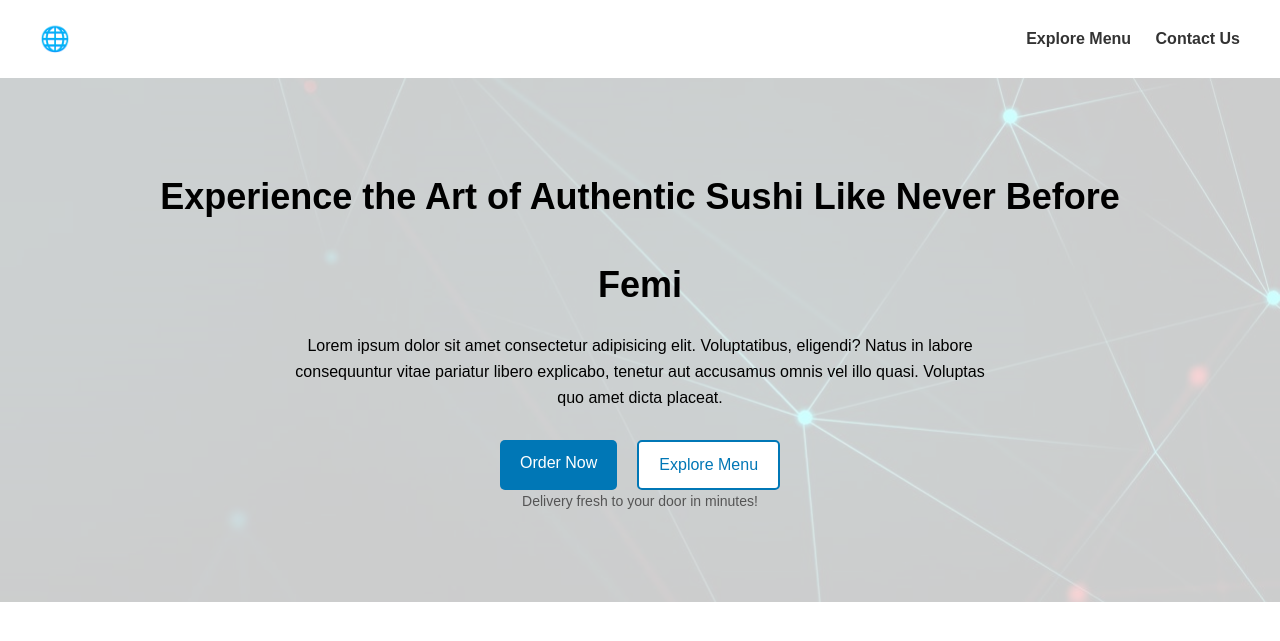
Repository: Femi007-gh/experience
Page: index.html
An editor plug-in stored every save of this project. The page is shown before and after the next save, followed by the edit.
The browser window is 1280 px wide. The pictures show the whole page.

Above is the page before, as saved 2025-01-17 10:36:35.

After the next save:
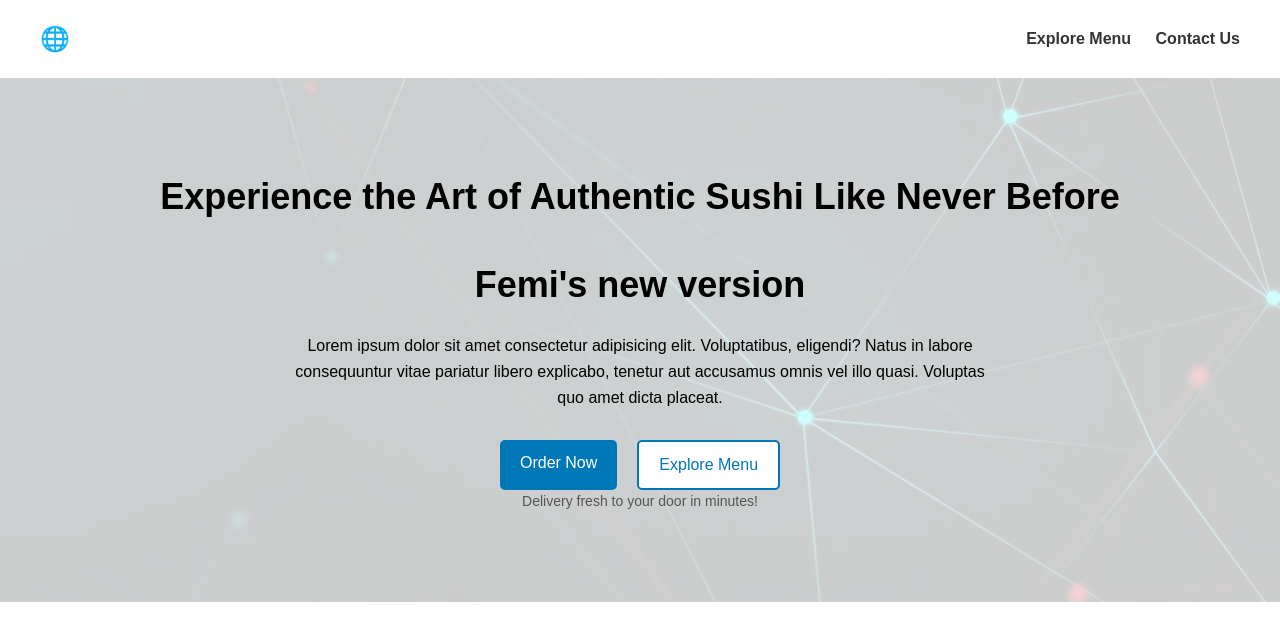
Saved 6 s later.
--- a/index.html
+++ b/index.html
@@ -14,7 +14,7 @@
     <main>
       <section class="hero">
         <h1>Experience the Art of Authentic Sushi Like Never Before</h1>
-        <h1>Femi</h1>
+        <h1>Femi's new version</h1>
         <p>Lorem ipsum dolor sit amet consectetur adipisicing elit. Voluptatibus, eligendi? Natus in labore consequuntur vitae pariatur libero explicabo, tenetur aut accusamus omnis vel illo quasi. Voluptas quo amet dicta placeat.</p>
         <div class="cta-buttons">
           <a href="#" class="btn-primary">Order Now</a>
